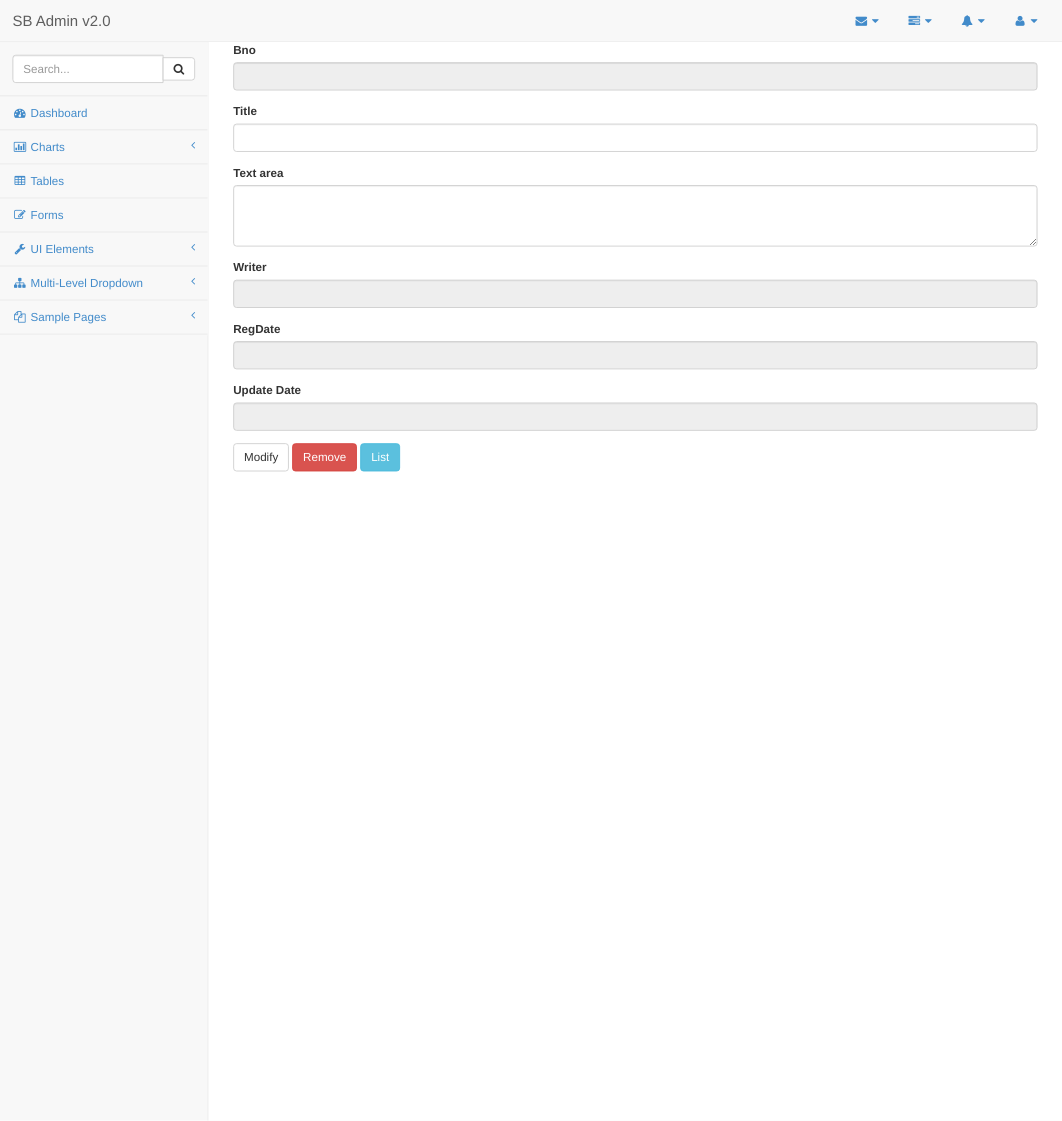
Repository: cghPaper/dashboard00
Page: http://localhost/ex02/WEB-INF/views/board/modify.jsp
These files come from the project's save history. The page is drawn as it stood at one moment and after the next save; the edit follows.
The browser window is 1280 px wide. The pictures show the whole page, at 83% of full size.
The page is served by Tomcat 9. Nobody is signed in. The template is opened directly, without the code that normally fills it, so the values that code supplies are empty.

Above is the page before, as saved 2020-01-27 08:18:34.

After the next save:
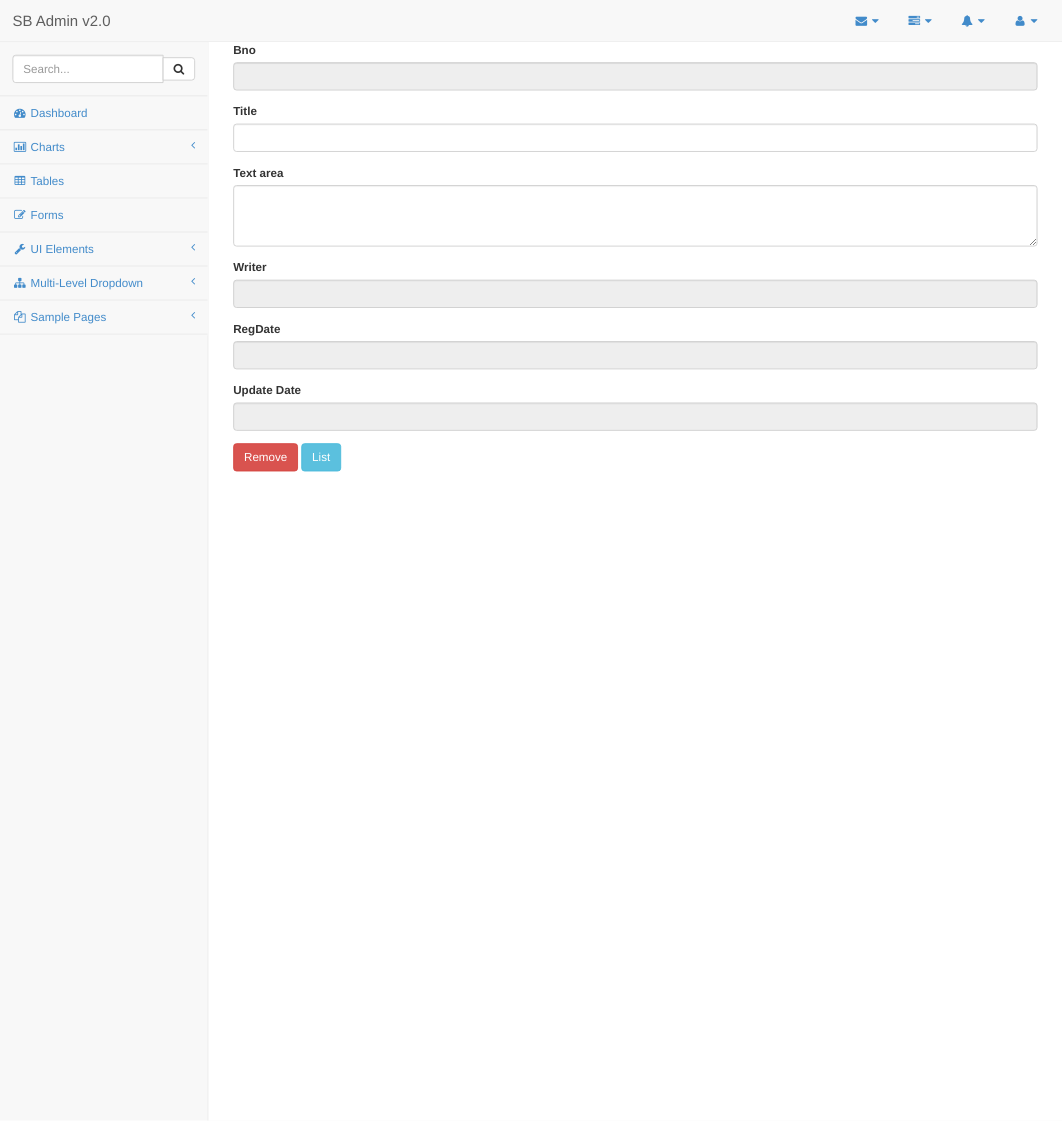
Saved 4 min 29 s later.
--- a/ex02/src/main/webapp/WEB-INF/views/board/modify.jsp
+++ b/ex02/src/main/webapp/WEB-INF/views/board/modify.jsp
@@ -34,7 +34,7 @@
 		<label>Update Date</label>
 		<input class="form-control" name='updateDate' value='<fmt:formatDate pattern = "yyyy/MM/dd" value = "${board.updatedate }" />' readonly="readonly">
 	</div>
-	<button type="submit" data-oper='modify' class="btn btn-default">Modify</button>
+
 	<button type="submit" data-oper='remove' class="btn btn-danger">Remove</button>
 	<button type="submit" data-oper='list' class="btn btn-info">List</button>
 </form>
